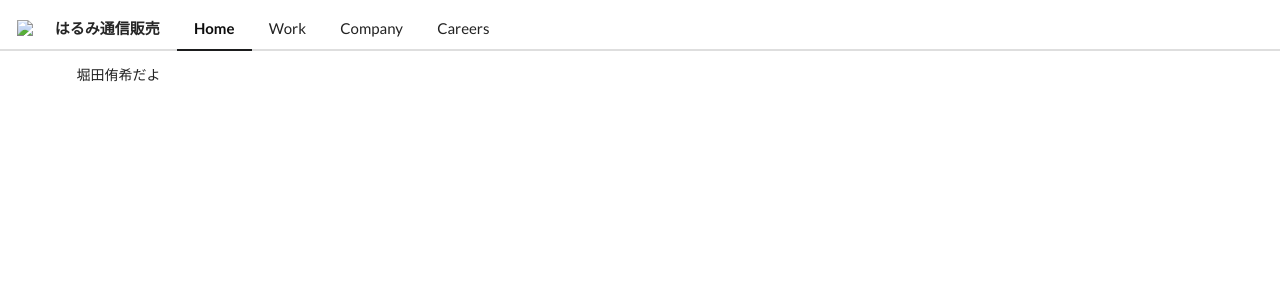
Repository: houki-sam/eclipse
Page: http://localhost/chocobanana/
An editor plug-in stored every save of this project. The page is shown before and after the next save, followed by the edit.
The browser window is 1280 px wide. The pictures show the whole page.
Some web libraries are served in a nearby version. The page is served by Tomcat 9. Nobody is signed in. The application's start-up code is not run. Other server files are loaded and not shown.

Above is the page before, as saved 2020-07-10 13:10:28.
Not found: chocobanana/chocobanana/assets/images/logo.png

### chocobanana/WebContent/index.jsp
<%@ page language="java" contentType="text/html; charset=UTF-8"
    pageEncoding="UTF-8"%>
<!DOCTYPE html>
<html>
<head>
<link rel="stylesheet" type="text/css" href="semantic/semantic.min.css">
<script
  src="https://code.jquery.com/jquery-3.1.1.min.js" integrity="sha256-hVVnYaiADRTO2PzUGmuLJr8BLUSjGIZsDYGmIJLv2b8=" crossorigin="anonymous"></script>
<script src="semantic/semantic.min.js"></script>
<meta charset="UTF-8">
<title>Insert title here</title>
</head>
<body>
<div class="ui stackable large secondary pointing menu">
	<a href="#" class="header item">
        <img class="logo" src="assets/images/logo.png">
        はるみ通信販売
    </a>
	<a class="active item">Home</a>
	<a class="item">Work</a>
	<a class="item">Company</a>
	<a class="item">Careers</a>
	<div class="right item">
		<a class="ui inverted button">Log in</a>
		<a class="ui inverted button">Sign Up</a>
	</div>
</div>
<div class="ui container">
堀田侑希だよ
</div>

</body>
</html>

Loaded but not shown: chocobanana/WebContent/semantic/semantic.min.css (library); chocobanana/WebContent/semantic/semantic.min.js (library)

After the next save:
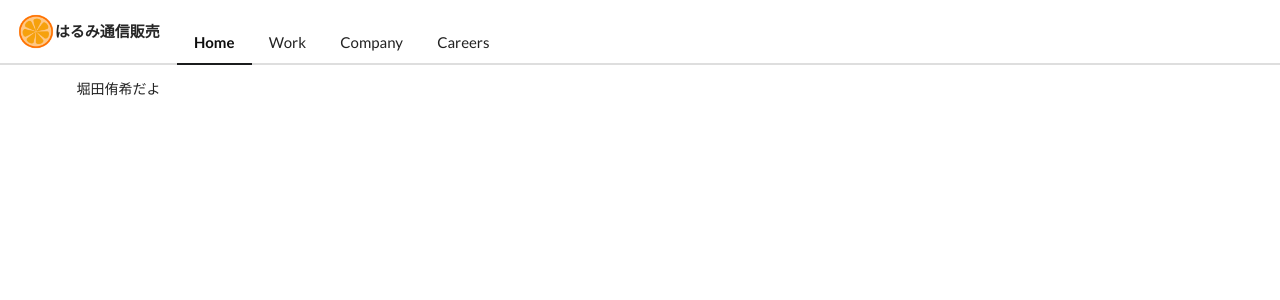
Saved 3 min 56 s later.
--- a/chocobanana/WebContent/index.jsp
+++ b/chocobanana/WebContent/index.jsp
@@ -13,7 +13,7 @@
 <body>
 <div class="ui stackable large secondary pointing menu">
 	<a href="#" class="header item">
-        <img class="logo" src="assets/images/logo.png">
+        <img class="logo" src="common/img/orange.png">
         はるみ通信販売
     </a>
 	<a class="active item">Home</a>
